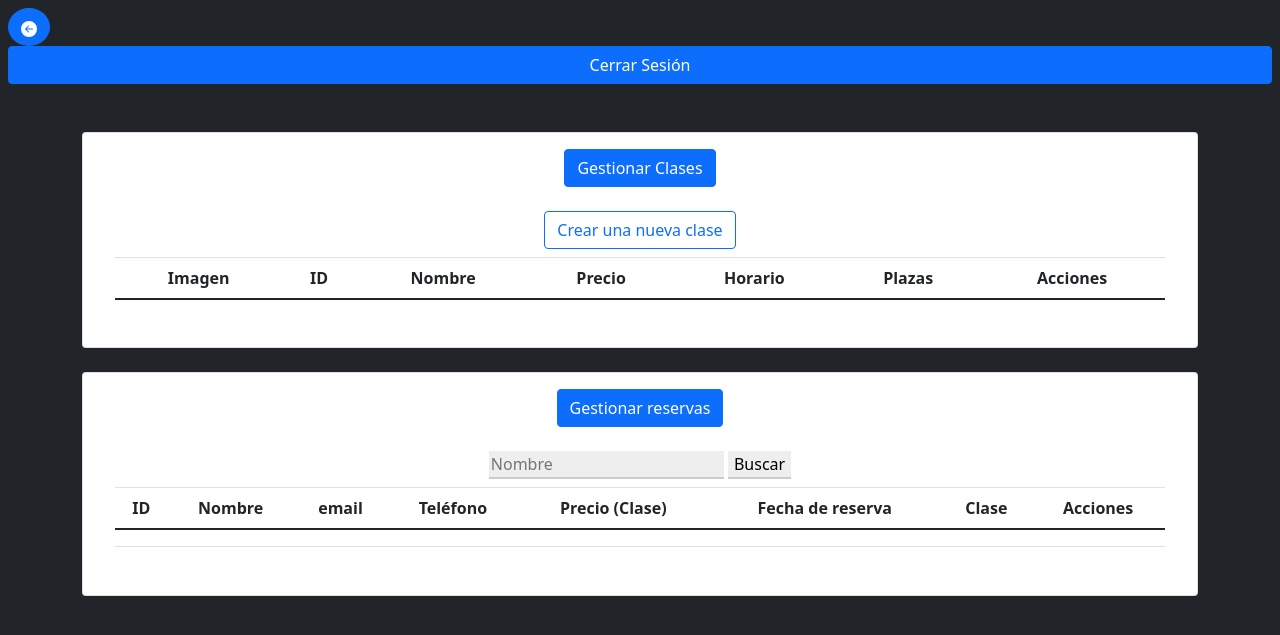
Repository: gcvictor22/ProyectoFinal1DAM
Page: http://localhost/gestionar
An editor plug-in stored every save of this project. The page is shown before and after the next save, followed by the edit.
The browser window is 1280 px wide. The pictures show the whole page.
The page is this project's Thymeleaf template; nobody is signed in. The template is opened directly, without the code that normally fills it, so the values that code supplies are empty.

Above is the page before, as saved 2022-06-01 06:36:25.
Console error: TypeError: Cannot read properties of null (reading 'style')

### ProyectoFinalSTS/src/main/resources/templates/gestionar.html
<!DOCTYPE html>
<html lang="es" xmlns:th="http://www.thymeleaf.org" xmlns:sec="http://www.thymeleaf.org/extras/spring-security">

<head>
	<meta charset="UTF-8">
	<meta http-equiv="X-UA-Compatible" content="IE=edge">
	<meta name="viewport" content="width=device-width, initial-scale=1.0">
	<title>Fit&Go · Gestionar</title>
	<link rel="icon" class="rounded" href="../img/FIT&GO.png">
	<!-- CSS only -->
	<link href="https://cdn.jsdelivr.net/npm/bootstrap@5.1.3/dist/css/bootstrap.min.css" rel="stylesheet"
		integrity="sha384-1BmE4kWBq78iYhFldvKuhfTAU6auU8tT94WrHftjDbrCEXSU1oBoqyl2QvZ6jIW3" crossorigin="anonymous">
	<!-- JavaScript Bundle with Popper -->
	<script src="https://cdn.jsdelivr.net/npm/bootstrap@5.1.3/dist/js/bootstrap.bundle.min.js"
		integrity="sha384-ka7Sk0Gln4gmtz2MlQnikT1wXgYsOg+OMhuP+IlRH9sENBO0LRn5q+8nbTov4+1p" crossorigin="anonymous">
		</script>
	<link rel="stylesheet" href="../css/index.css">
</head>

<body class="bg-dark p-2" id=bodyGestionar>
	<header class="w-100">
		<a class="btn btn-primary rounded-circle sticky-top" th:href="@{/inicio}">
			<svg xmlns="http://www.w3.org/2000/svg" width="16" height="16" fill="currentColor"
				class="bi bi-arrow-left-circle-fill mx-0" viewBox="0 0 16 16">
				<path
					d="M8 0a8 8 0 1 0 0 16A8 8 0 0 0 8 0zm3.5 7.5a.5.5 0 0 1 0 1H5.707l2.147 2.146a.5.5 0 0 1-.708.708l-3-3a.5.5 0 0 1 0-.708l3-3a.5.5 0 1 1 .708.708L5.707 7.5H11.5z" />
			</svg>
		</a>
		<a href="registro.html" th:href="@{/logout}" class="btn btn-primary float-right d-block">Cerrar Sesión</a>
	</header>
	<main>
		<div class="container rounded mt-5">
			<div id="accordion">
				<div class="card p-3 overflow-auto">
					<div class="mx-auto">
						<a class="btn btn-primary" data-bs-toggle="collapse" href="#collapseOne">
							Gestionar Clases
						</a>
					</div>
					<div id="collapseOne" class="collapse show" data-bs-parent="#accordion">
						<div class="card-body">
							<table class="table text-center p-4 bg-white" id="tablaClases">
								<thead>
									<tr>
										<td colspan="7"><a href="formularioCrearEditar.html"
												th:href="@{/gestionar/nueva-clase}"
												class="btn btn-outline-primary mx-auto">Crear una nueva clase</a></td>
									</tr>
									<tr>
										<th scope="col">Imagen</th>
										<th scope="col uppercase">ID</th>
										<th scope="col">Nombre</th>
										<th scope="col">Precio</th>
										<th scope="col">Horario</th>
										<th scope="col">Plazas</th>
										<th scope="col">Acciones</th>
									</tr>
								</thead>
								<tbody>
									<tr>

									</tr>
									<tr th:each="claseGym : ${lista}">
										<td class="w-25"><img src="../img/clasespinning.png"
												th:src="${claseGym.imgClase}" class="rounded w-25" alt=""></td>
										<th scope="row" th:text="${claseGym.id}">1</th>
										<td th:text="${claseGym.nombreClase}">Spinning</td>
										<td th:text="${claseGym.precio}">5.99€</td>
										<td th:text="${claseGym.horario}">12:30-13:30</td>
										<td th:text="${claseGym.plazas}">15</td>
										<td>
											<div class="container-fluid mx-auto row">
												<div class="col-lg-2 col-sm-6"></div>
												<a class="btn btn-outline-primary col-lg-3"
													th:href="@{/gestionar/editar/{id}(id=${claseGym.id})}">Editar</a>
												<div class="col-lg-2 col-sm-0"></div>
												<a type="button" class="btn btn-danger col-lg-3" data-bs-toggle="modal"
													data-bs-target="#myModal"
													th:attr="data-bs-target='#myModal'+${claseGym.id}">
													Eliminar
												</a>
												<!-- The Modal -->
												<div class="modal" id="myModal" th:id="'myModal'+${claseGym.id}">
													<div class="modal-dialog">
														<div class="modal-content">

															<!-- Modal Header -->
															<div class="modal-header">
																<h4 class="modal-title">¡Alerta!</h4>
																<button type="button" class="btn-close"
																	data-bs-dismiss="modal"></button>
															</div>

															<!-- Modal body -->
															<div class="modal-body">
																¿Estas seguro que quieres borrar la clase?
															</div>

															<!-- Modal footer -->
															<div class="modal-footer">
																<button type="button" class="btn btn-warning"
																	data-bs-dismiss="modal">Cancelar</button>
																<a th:href="@{/borrar-clase/{id}(id=${claseGym.id})}"
																	class="btn btn-danger">Eliminar</a>
															</div>

														</div>
													</div>
												</div>
												<div class="col-lg-2 col-sm-0"></div>
											</div>
										</td>
									</tr>
								</tbody>
							</table>
						</div>
					</div>
				</div>
				<br>
				<div class="card p-3 overflow-auto">
					<div class="mx-auto">
						<a class="collapsed btn btn-primary" data-bs-toggle="collapse" href="#collapseTwo">
							Gestionar reservas
						</a>
					</div>
					<div id="collapseTwo" class="collapse show" data-bs-parent="#accordion">
						<div class="card-body">
							<table class="table text-center p-4 bg-white" id="tablaReservas">
								<thead>
									<tr>
										<td colspan="8">
											<form method="GET" th:action="@{/buscar}">
												<input type="search" placeholder="Nombre" name="nombre" id="nombre"
													th:value="${param.nombre}" />
												<input type="submit" value="Buscar" />
											</form>
										</td>
									</tr>
									<tr>
										<th scope="col uppercase">ID</th>
										<th scope="col">Nombre</th>
										<th scope="col">email</th>
										<th scope="col">Teléfono</th>
										<th scope="col">Precio (Clase)</th>
										<th scope="col">Fecha de reserva</th>
										<th scope="col">Clase</th>
										<th scope="col">Acciones</th>
									</tr>
								</thead>
								<tbody>
									<tr th:each="reserva : ${reservas}">
										<th scope="row" th:text="${reserva.id}">1</th>
										<td th:text="${reserva.nombreUsuario}">Víctor González Carro</td>
										<td th:text="${reserva.email}">victorgonzaleztr22@gmail.com</td>
										<td th:text="${reserva.tel}">684318827</td>
										<td th:text="${#numbers.formatCurrency(reserva.clase.precio)}">5.99€</td>
										<td th:text="${#temporals.format(reserva.fechaReserva)}">17-5-2022</td>
										<td th:text="${reserva.clase.nombreClase}">Spinning</td>
										<td>
											<div class="container-fluid mx-auto row">
												<div class="col-lg-2 col-sm-0"></div>
												<a class="btn btn-danger col-lg" data-bs-toggle="modal"
													data-bs-target="#myModal"
													th:attr="data-bs-target='#myModal2'+${reserva.id}">Eliminar
												</a>
												<!-- The Modal -->
												<div class="modal" id="myModal2" th:id="'myModal2'+${reserva.id}">
													<div class="modal-dialog">
														<div class="modal-content">

															<!-- Modal Header -->
															<div class="modal-header">
																<h4 class="modal-title">¡Alerta!</h4>
																<button type="button" class="btn-close"
																	data-bs-dismiss="modal"></button>
															</div>

															<!-- Modal body -->
															<div class="modal-body">
																¿Estas seguro que quieres borrar la reserva?
															</div>

															<!-- Modal footer -->
															<div class="modal-footer">
																<button type="button" class="btn btn-warning"
																	data-bs-dismiss="modal">Cancelar</button>
																<a th:href="@{/borrar-reserva/{id}(id=${reserva.id})}"
																	class="btn btn-danger">Eliminar</a>
															</div>

														</div>
													</div>
												</div>
												<div class="col-lg-2 col-sm-0"></div>
											</div>
										</td>
									</tr>
									<tr class="text-center">
										<td colspan="8" th:text="${precios}"></td>
									</tr>
								</tbody>
							</table>
						</div>
					</div>
				</div>
			</div>
		</div>
	</main>
	<script src="../js/index.js"></script>
</body>

</html>

### ProyectoFinalSTS/src/main/resources/static/css/index.css
body {
  background-attachment: fixed;
  background-size: cover;
}

#barra {
  width: 0;
  height: 5px;
}

#barragris {
  height: 5px;
}

#icono1 {
  width: 30px;
  height: 30px;
  border-radius: 50%;
  background-color: gray;
  margin-left: 0;
  text-align: center;
}

#icono2 {
  width: 30px;
  height: 30px;
  border-radius: 50%;
  background-color: gray;
  transition: all 0.5s;
  text-align: center;
}

#icono3 {
  width: 30px;
  height: 30px;
  border-radius: 50%;
  background-color: gray;
  transition: all 0.5s;
  text-align: center;
}

.iconos {
  width: 50%;
  margin-top: -17.5px;
}

#seccion1,
#seccion2,
#seccion3 {
  width: 90%;
  height: 350px;
}

#seccion2,
#seccion3 {
  visibility: hidden;
  margin-top: -350px;
}

#atras {
  visibility: hidden;
}

#enviar {
  visibility: hidden;
}

p {
  text-align: justify;
}

input {
  border: 0;
  border-bottom: 2px solid #caccce;
  background-color: #eee;
}

input:focus {
  border-bottom: 2px solid #0d6efd;
  transition: all 0.2s ease-in-out;
  outline: 0;
}

#atras,
#siguiente,
#enviar {
  transition: all 0s;
}

p {
  background: #caccce;
}

#cajaInicio {
  margin-top: 275px;
}

#bodyReservaClase{
	background-image:url(../img/fondocontacto.jpg);
}

@media screen and (min-width: 1000px) {
  #bodyRegistro {
    margin-top: 10px;
    padding: 40px;
  }

  #cajaBotonesIniReg {
    width: 45%;
  }

  #cajaInicio {
    width: 30%;
  }

  #cajaFormulario {
    margin: auto;
    width: 50%;
  }

  #formularioRegistro {
    width: 75%;
  }

  #formularioCrear, #formularioReservar{
    width: 50%;
    padding: 20px;
  }
}

@media screen and (max-width: 575px) {
  #bodyRegistro {
    padding: 0;
  }

  #cajaBotonesIniReg {
    margin-top: 25px;
  }

  .brQuitarSM {
    display: none;
  }

  #cajaInicio {
    width: 80%;
  }

  #logoIndex {
    width: 75%;
  }

  #indexfooter {
    width: 100%;
  }

  #cajaFormulario {
    width: 80%;
    margin: 0 auto;
  }

  #formularioRegistro {
    width: 100%;
  }

  #seccion1,
  #seccion2,
  #seccion3 {
    width: 90%;
    height: min-content;
  }

  #seccion1 {
    width: 100%;
  }

  #tablaClases, #tablaReservas{
	overflow-x: scroll;
	width:400px;
  }
}

.clases {
  background-color: white;
  height: 200px;
}

.barraLectura {
  top: 0;
  width: 100%;
  z-index: 1;
}

.progress-container {
  background-color: rgba(150, 150, 150, 0.6);
  height: 5px;
  width: 100%;
}

.progress-bar {
  background-color: #0d6efd;
  height: 5px;
  width: 0%;
}

tbody tr:hover{
  border: #0d6efd;
  transition: all 0.5s;
}

tbody td, tbody th{
  vertical-align: middle;
}

#bodyInicioSesion{
	background-image: url(../img/fondoinicio.jpg);
}

#formularioReserva{
	background-image: url(../img/bodyFormularioReserva.jpg);
    background-size: cover;
    background-repeat: no-repeat;
    background-attachment: fixed;
}

.arrows {
  width: 60px;
  height: 72px;
  left: 50%;
  bottom: 20px;
}

.arrows path {
  stroke: white;
  fill: transparent;
  stroke-width: 1px;
  animation: arrow 2s infinite;
  -webkit-animation: arrow 2s infinite;
}

@keyframes arrow {
  0% {
    opacity: 0;
  }
  40% {
    opacity: 1;
  }
  80% {
    opacity: 0;
  }
  100% {
    opacity: 0;
  }
}

@-webkit-keyframes arrow /*Safari and Chrome*/ {
  0% {
    opacity: 0;
  }
  40% {
    opacity: 1;
  }
  80% {
    opacity: 0;
  }
  100% {
    opacity: 0;
  }
}

.arrows path.a1 {
  animation-delay: -1s;
  -webkit-animation-delay: -1s; /* Safari 和 Chrome */
}

.arrows path.a2 {
  animation-delay: -0.5s;
  -webkit-animation-delay: -0.5s; /* Safari 和 Chrome */
}

.arrows path.a3 {
  animation-delay: 0s;
  -webkit-animation-delay: 0s; /* Safari 和 Chrome */
}

### ProyectoFinalSTS/src/main/resources/static/js/index.js


let width = 0;
let cont = 0;
let comprobacion = /^([\da-z_\.-]+)@([\da-z\.-]+)\.([a-z\.]{2,6})$/;

urlParams = new URLSearchParams(window.location.search);

if (urlParams.get('menu') == 'clases') {
    let desplegable1 = document.getElementById("collapseOne");
    desplegable1.className = 'collapse show'
}else if (urlParams.get('menu') == 'reservas'){
    let desplegable2 = document.getElementById("collapseTwo");
    desplegable2.className = 'collapse show'
}

function ampliar() {

    let barra = document.getElementById("barra");
    barra.style.width = width + '%';

    let div1 = document.getElementById("seccion1");
    let div2 = document.getElementById("seccion2");
    let div3 = document.getElementById("seccion3");

    let nom = document.getElementById("nombre").value;
    let ap1 = document.getElementById("apellido1").value;
    let ap2 = document.getElementById("apellido2").value;
    let pass = document.getElementById("contrasenha1").value;
    let pass2 = document.getElementById("contrasenha2").value;
    let tarj = document.getElementById("numTarjeta").value.charAt(12) + document.getElementById("numTarjeta").value.charAt(13)
        + document.getElementById("numTarjeta").value.charAt(14) + document.getElementById("numTarjeta").value.charAt(15);
    let correo = document.getElementById("correo").value;
    let telefono = document.getElementById("telefono").value;
    let fechaCad = document.getElementById("fechaCaducidad").value;
    let cvv = document.getElementById("cvv").value;


    let compNom = nom + " " + ap1 + " " + ap2;
    let compTarjeta = tarj;
    let compCorreo = correo;
    let compTelefono = telefono;

    document.getElementById("nombreObtenido").innerHTML = "Nombre: " + compNom;
    document.getElementById("tarjObtenido").innerHTML = "Tarjeta: **** **** **** " + compTarjeta;
    document.getElementById("correoObtenido").innerHTML = "Correo: " + compCorreo;
    document.getElementById("telObtenido").innerHTML = "Teléfono: " + compTelefono;

    if (nom.length == 0 || ap1.length == 0 || ap2.length == 0 || telefono.length == 0 || correo.length == 0 || pass.length == 0 || pass2.length == 0) {
        alert('Faltan datos por rellenar');

    } else if (telefono.length != 9) {
        alert('El teléfono introducido no cumple con el formato esperado');

    } else if (!comprobacion.exec(correo) && correo.length == 0) {
		alert('El correo introducido no es válido')

    } else if (pass !== pass2) {
        alert('Las contraseñas deben coincidir')

    } else if (cont == 0 && nom.length != 0 && ap1.length != 0 && ap2.length != 0 && telefono.length != 0 && correo.length != 0 && pass.length != 0 && pass2.length != 0) {
        cont++;
        width = 50;

        document.getElementById("icono2").className = 'bg-primary';

        div1.style.visibility = 'hidden';
        div2.style.visibility = 'visible';

        document.getElementById("atras").style.visibility = 'visible';

    } else if (tarj.length == 0 || fechaCad.length == 0 || cvv.length == 0) {
        alert('Faltan datos por rellenar o no estan completos');

    } else if (cont == 1 && tarj.length != 0 && fechaCad.length != 0 && cvv.length != 0) {
        cont++;
        width = 100;

        document.getElementById("icono3").className = 'bg-primary';

        div2.style.visibility = 'hidden';
        div3.style.visibility = 'visible';

        document.getElementById("siguiente").style.visibility = 'hidden';
        document.getElementById("enviar").style.visibility = 'visible';
    }
    barra.style.width = width + '%';
}

function reducir() {
    let barra = document.getElementById("barra");
    barra.style.width = width + '%';

    let div1 = document.getElementById("seccion1");
    let div2 = document.getElementById("seccion2");
    let div3 = document.getElementById("seccion3");

    if (cont == 2) {
        cont--;
        width = 50;

        document.getElementById("icono3").className = '';

        div3.style.visibility = 'hidden';
        div2.style.visibility = 'visible';

        document.getElementById("atras").style.visibility = 'visible';

        document.getElementById("siguiente").style.visibility = 'visible';
        document.getElementById("enviar").style.visibility = 'hidden';

    } else if (cont == 1) {
        cont--;
        width = 0;

        document.getElementById("icono2").className = '';

        div2.style.visibility = 'hidden';
        div1.style.visibility = 'visible';

        document.getElementById("atras").style.visibility = 'hidden';
    }
    barra.style.width = width + '%';
}

function progressBarScroll() {
    let winScroll = document.body.scrollTop || document.documentElement.scrollTop,
        height =
            document.documentElement.scrollHeight -
            document.documentElement.clientHeight,
        scrolled = (winScroll / height) * 100;
    document.getElementById("progressBar").style.width = scrolled + "%";
}

window.onscroll = function () {
    progressBarScroll();
};

After the next save:
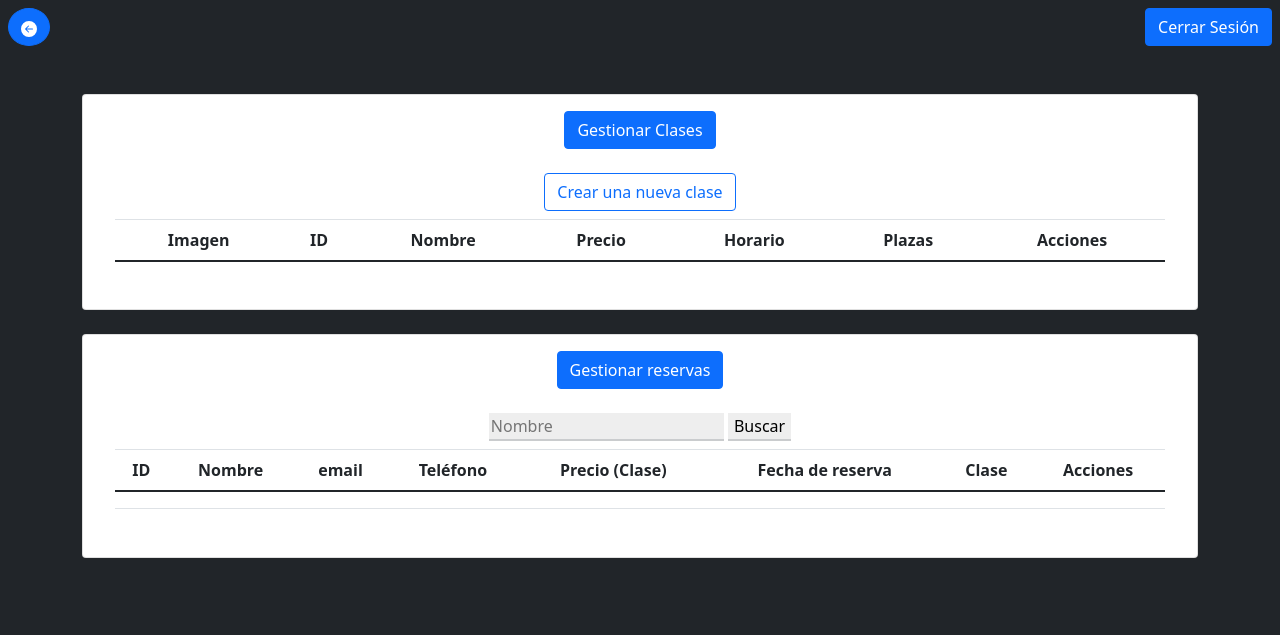
Saved 44 s later.
--- a/ProyectoFinalSTS/src/main/resources/templates/gestionar.html
+++ b/ProyectoFinalSTS/src/main/resources/templates/gestionar.html
@@ -26,7 +26,7 @@
 					d="M8 0a8 8 0 1 0 0 16A8 8 0 0 0 8 0zm3.5 7.5a.5.5 0 0 1 0 1H5.707l2.147 2.146a.5.5 0 0 1-.708.708l-3-3a.5.5 0 0 1 0-.708l3-3a.5.5 0 1 1 .708.708L5.707 7.5H11.5z" />
 			</svg>
 		</a>
-		<a href="registro.html" th:href="@{/logout}" class="btn btn-primary float-right d-block">Cerrar Sesión</a>
+		<a href="registro.html" th:href="@{/logout}" class="btn btn-primary float-end">Cerrar Sesión</a>
 	</header>
 	<main>
 		<div class="container rounded mt-5">
